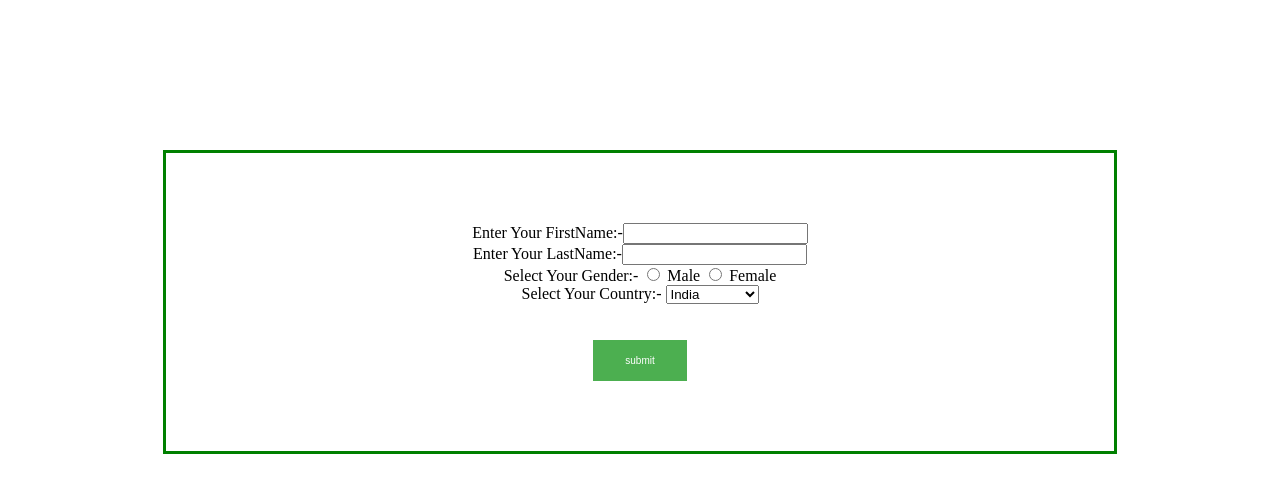
Repository: ErNitesh-d/java-program
Page: JAVA PROJECTS/ASSIGNMMENT_2/WebContent/index.html
An editor plug-in stored every save of this project. The page is shown before and after the next save, followed by the edit.
The browser window is 1280 px wide. The pictures show the whole page.

Above is the page before, as saved 2022-09-03 15:13:35.

After the next save:
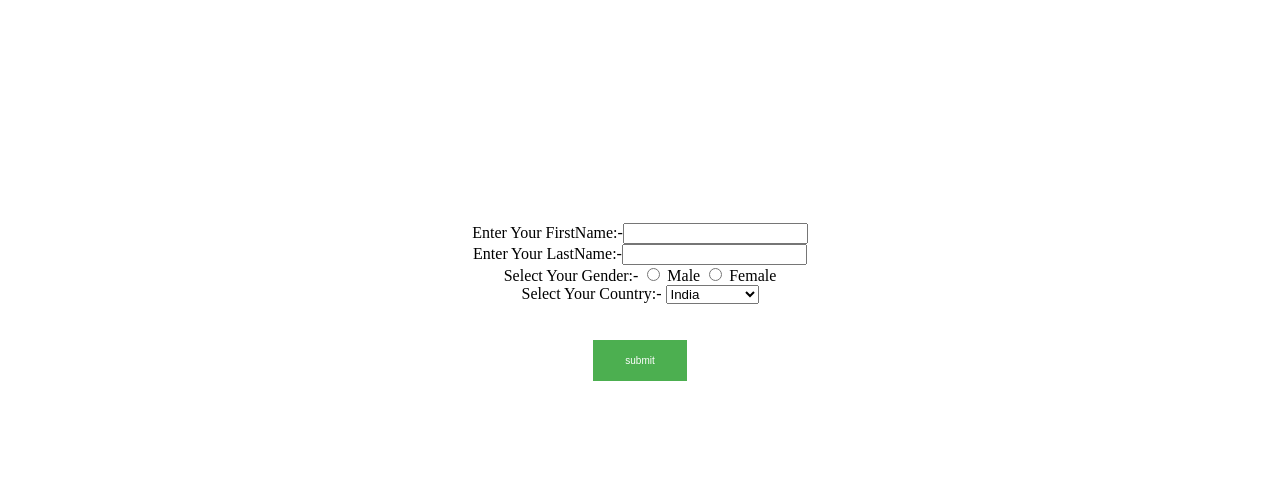
Saved 48 s later.
--- a/JAVA PROJECTS/ASSIGNMMENT_2/WebContent/index.html
+++ b/JAVA PROJECTS/ASSIGNMMENT_2/WebContent/index.html
@@ -6,7 +6,7 @@
 width: 75%;
 text-align: center;
 padding: 70px 0;
-border: 3px solid green;
+border: 3px solid white;
 text-align: center;
 margin-top: 150px;">
 <form action="Hello" method="get">
